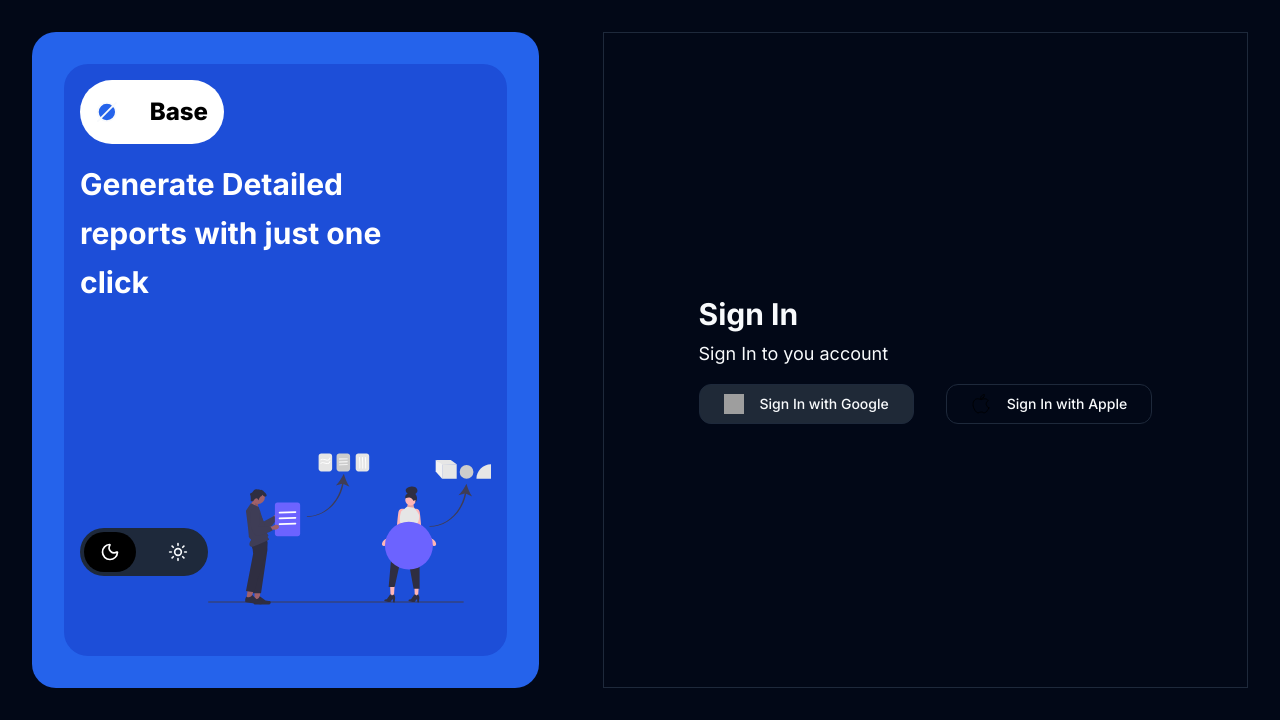
Repository: Hardyy00/openinapp_assignment
Page: /
The author's editor kept a copy of each file at every save. The page is drawn from the files as they stood at one save, then again after the next save.
The browser window is 1280 px wide. The pictures show the whole page.
Pictures or frames that could not be fetched are drawn as grey boxes. The project was rebuilt for these pictures with package versions that can differ from the ones it lists, and the page was loaded fresh each time. The framework's server and built-in components were replaced by stand-ins that run in the browser. Also part of the build but not shown: next.config.mjs.

Above is the page before, as saved 2024-08-23 16:39:23.

### app/layout.tsx
import type { Metadata } from "next";
import { Inter } from "next/font/google";
import "./globals.css";
import { ThemeProvider } from "@/components/theme-provider";
import { Switcher } from "./_components/switcher";

const inter = Inter({ subsets: ["latin"] });

export const metadata: Metadata = {
  title: "Create Next App",
  description: "Generated by create next app",
};

export default function RootLayout({
  children,
}: Readonly<{
  children: React.ReactNode;
}>) {
  return (
    <html lang="en">
      <body className={inter.className}>
        <ThemeProvider
          attribute="class"
          defaultTheme="system"
          storageKey="base"
        >
          <Switcher />
          {children}
        </ThemeProvider>
      </body>
    </html>
  );
}

### app/(auth)/layout.tsx
import { ThemeToggle } from "@/components/theme-toggle";
import { CircleSlash2 } from "lucide-react";
import Image from "next/image";
import { Intro } from "./_components/intro";
import { Navbar } from "./_components/navbar";

export default function Layout({ children }: { children: React.ReactNode }) {
  return (
    <div className="h-full w-full">
      <Navbar />
      <div className="w-full h-full flex flex-col lg:flex-row">
        <Intro />

        <div className="flex-[0.7]">{children}</div>
      </div>
    </div>
  );
}

### app/(auth)/page.tsx
import { Button } from "@/components/ui/button";
import Image from "next/image";

export default function Page() {
  return (
    <div className="h-full p-8">
      <div className="p-8 border h-full flex items-center justify-center">
        <div className="flex flex-col gap-y-4">
          <div className="space-y-2">
            <h1 className="text-foreground font-bold text-3xl">Sign In</h1>
            <p className="text-lg">Sign In to you account</p>
          </div>

          <div className="flex justify-between gap-x-8">
            <Button
              className="flex items-center py-2 px-6 border space-x-4 rounded-xl bg-gray-800"
              variant={"ghost"}
            >
              <div className="w-5 h-5 relative">
                <Image src={"/google.svg"} alt="svg" fill />
              </div>

              <div>
                <p>Sign In with Google</p>
              </div>
            </Button>
            <Button
              className="flex items-center py-2 px-6 border space-x-4 rounded-xl"
              variant={"ghost"}
            >
              <div className="w-5 h-5 relative">
                <Image src={"/apple.svg"} alt="svg" fill />
              </div>

              <div>
                <p>Sign In with Apple</p>
              </div>
            </Button>
          </div>
        </div>
      </div>
    </div>
  );
}

### app/globals.css
@tailwind base;
@tailwind components;
@tailwind utilities;

html,
body,
:root {
  height: 100%;
}

::-webkit-scrollbar {
  display: none;
}

@layer base {
  :root {
    --background: 0 0% 100%;
    --foreground: 222.2 84% 4.9%;
    --card: 0 0% 100%;
    --card-foreground: 222.2 84% 4.9%;
    --popover: 0 0% 100%;
    --popover-foreground: 222.2 84% 4.9%;
    --primary: 222.2 47.4% 11.2%;
    --primary-foreground: 210 40% 98%;
    --secondary: 210 40% 96.1%;
    --secondary-foreground: 222.2 47.4% 11.2%;
    --muted: 210 40% 96.1%;
    --muted-foreground: 215.4 16.3% 46.9%;
    --accent: 210 40% 96.1%;
    --accent-foreground: 222.2 47.4% 11.2%;
    --destructive: 0 84.2% 60.2%;
    --destructive-foreground: 210 40% 98%;
    --border: 214.3 31.8% 91.4%;
    --input: 214.3 31.8% 91.4%;
    --ring: 222.2 84% 4.9%;
    --radius: 0.5rem;
    --chart-1: 12 76% 61%;
    --chart-2: 173 58% 39%;
    --chart-3: 197 37% 24%;
    --chart-4: 43 74% 66%;
    --chart-5: 27 87% 67%;
  }

  .dark {
    --background: 222.2 84% 4.9%;
    --foreground: 210 40% 98%;
    --card: 222.2 84% 4.9%;
    --card-foreground: 210 40% 98%;
    --popover: 222.2 84% 4.9%;
    --popover-foreground: 210 40% 98%;
    --primary: 210 40% 98%;
    --primary-foreground: 222.2 47.4% 11.2%;
    --secondary: 217.2 32.6% 17.5%;
    --secondary-foreground: 210 40% 98%;
    --muted: 217.2 32.6% 17.5%;
    --muted-foreground: 215 20.2% 65.1%;
    --accent: 217.2 32.6% 17.5%;
    --accent-foreground: 210 40% 98%;
    --destructive: 0 62.8% 30.6%;
    --destructive-foreground: 210 40% 98%;
    --border: 217.2 32.6% 17.5%;
    --input: 217.2 32.6% 17.5%;
    --ring: 212.7 26.8% 83.9%;
    --chart-1: 220 70% 50%;
    --chart-2: 160 60% 45%;
    --chart-3: 30 80% 55%;
    --chart-4: 280 65% 60%;
    --chart-5: 340 75% 55%;
  }
}

@layer base {
  * {
    @apply border-border;
  }
  body {
    @apply bg-background text-foreground;
  }
}

### app/_components/switcher.tsx
"use client";

import { useTheme } from "next-themes";
import { useEffect } from "react";
import { useMediaQuery } from "usehooks-ts";

export const Switcher: React.FC = () => {
  const { setTheme } = useTheme();
  const matches = useMediaQuery("(max-width:1024px)");

  useEffect(() => {
    if (matches) {
      setTheme("light");
    } else {
      setTheme("dark");
    }
  }, [matches, setTheme]);
  return null;
};

### app/(auth)/_components/intro.tsx
import { ThemeToggle } from "@/components/theme-toggle";
import { CircleSlash2 } from "lucide-react";
import Image from "next/image";

export const Intro: React.FC = () => {
  return (
    <div className="flex-[0.5] p-8 hidden lg:block">
      <div className="p-8 bg-blue-600 h-full rounded-3xl">
        <div className="p-4 bg-blue-700 h-full rounded-3xl flex flex-col gap-y-4 justify-between">
          <div className="p-4 flex items-center bg-white rounded-full w-[9rem] space-x-8">
            <CircleSlash2 className="stroke-white-600 fill-blue-600 h-7 w-7" />
            <h1 className="text-black font-extrabold text-2xl ">Base</h1>
          </div>

          <div className="w-[80%]">
            <p className="text-3xl font-bold text-wrap leading-relaxed text-white">
              Generate Detailed reports with just one click
            </p>
          </div>

          <div className=" flex h-[24rem]">
            <div className="flex-[0.3] self-end pb-16">
              <ThemeToggle className="w-[8rem]" />
            </div>
            <div className="flex-1 h-[70%] self-end  relative">
              {/* <div className="h-[70%]"> */}
              {/* <div className=" relative h-[70%] "> */}
              <Image src={"/auth.svg"} fill alt="svg" />
              {/* </div> */}
              {/* </div> */}
            </div>
          </div>
        </div>
      </div>
    </div>
  );
};

### app/(auth)/_components/navbar.tsx
import { CircleSlash2 } from "lucide-react";

export const Navbar: React.FC = () => {
  return (
    <div className="lg:hidden sticky top-0 bg-blue-600 text-black p-4">
      <div className="flex">
        <CircleSlash2 className="fill-white stroke-blue-600 h-8 w-8" />
      </div>
    </div>
  );
};

### components/ui/button.tsx
import * as React from "react";
import { Slot } from "@radix-ui/react-slot";
import { cva, type VariantProps } from "class-variance-authority";

import { cn } from "@/lib/utils";

const buttonVariants = cva(
  "inline-flex items-center justify-center whitespace-nowrap rounded-md text-sm font-medium ring-offset-background transition-colors focus-visible:outline-none focus-visible:ring-2 focus-visible:ring-ring focus-visible:ring-offset-2 disabled:pointer-events-none disabled:opacity-50",
  {
    variants: {
      variant: {
        primary: "bg-blue-600 text-primary-foreground",
        default: "bg-primary text-primary-foreground hover:bg-primary/90",
        destructive:
          "bg-destructive text-destructive-foreground hover:bg-destructive/90",
        outline:
          "border border-input bg-background hover:bg-accent hover:text-accent-foreground",
        secondary:
          "bg-secondary text-secondary-foreground hover:bg-secondary/80",
        ghost: "hover:bg-accent hover:text-accent-foreground",
        link: "text-primary underline-offset-4 hover:underline",
      },
      size: {
        default: "h-10 px-4 py-2",
        sm: "h-9 rounded-md px-3",
        lg: "h-11 rounded-md px-8",
        icon: "h-10 w-10",
      },
    },
    defaultVariants: {
      variant: "default",
      size: "default",
    },
  }
);

export interface ButtonProps
  extends React.ButtonHTMLAttributes<HTMLButtonElement>,
    VariantProps<typeof buttonVariants> {
  asChild?: boolean;
}

const Button = React.forwardRef<HTMLButtonElement, ButtonProps>(
  ({ className, variant, size, asChild = false, ...props }, ref) => {
    const Comp = asChild ? Slot : "button";
    return (
      <Comp
        className={cn(buttonVariants({ variant, size, className }))}
        ref={ref}
        {...props}
      />
    );
  }
);
Button.displayName = "Button";

export { Button, buttonVariants };

### components/theme-toggle.tsx
"use client";

import { Moon, Sun } from "lucide-react";
import { useTheme } from "next-themes";
import { Button } from "./ui/button";
import { cn } from "@/lib/utils";
import { useState } from "react";

interface ToggleThemeProps {
  className?: string;
}

export const ThemeToggle: React.FC<ToggleThemeProps> = ({ className = "" }) => {
  const { setTheme } = useTheme();
  const [on, setOn] = useState<String>("moon");

  const handleClick = (type: string) => {
    if (type === "sun") {
      setOn("sun");
      setTheme("light");
    } else {
      setOn("moon");
      setTheme("dark");
    }
  };

  return (
    <div className={cn("w-[10rem] p-1 rounded-full bg-secondary", className)}>
      <div className="flex w-full items-center justify-between">
        <Button
          variant={"ghost"}
          className={cn(
            "p-4 rounded-[4rem] transition-all",
            on === "moon" && "bg-black text-white"
          )}
          onClick={() => handleClick("moon")}
        >
          <Moon className="h-5 w-5" />
        </Button>

        <Button
          variant={"ghost"}
          className={cn(
            "p-4 rounded-[4rem] hover:bg-white hover:text-black transition-all",
            on === "sun" && "bg-white text-black"
          )}
          onClick={() => handleClick("sun")}
        >
          <Sun className="h-5 w-5" />
        </Button>
      </div>
    </div>
  );
};

Loaded but not shown: components/theme-provider.tsx (common file); lib/utils.ts (common file); tailwind.config.ts (common file)

After the next save:
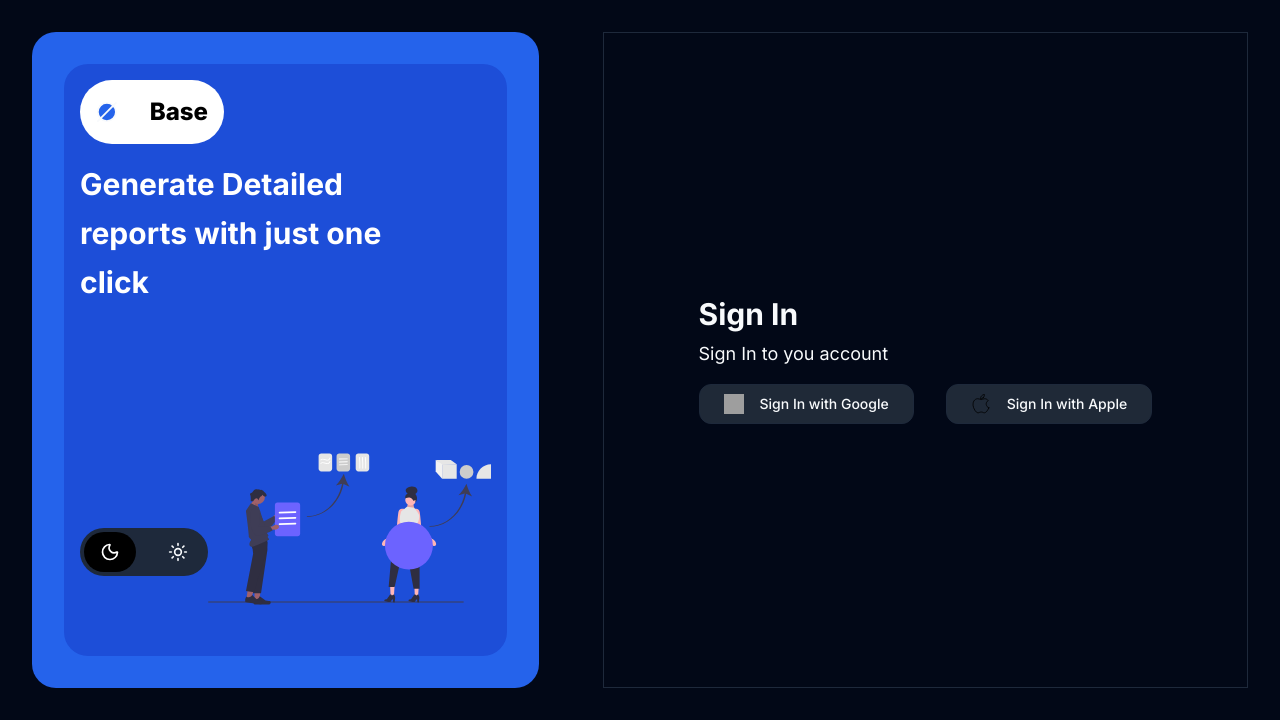
Saved 8 s later.
--- a/app/(auth)/page.tsx
+++ b/app/(auth)/page.tsx
@@ -25,7 +25,7 @@ export default function Page() {
               </div>
             </Button>
             <Button
-              className="flex items-center py-2 px-6 border space-x-4 rounded-xl"
+              className="flex items-center py-2 px-6 border space-x-4 rounded-xl bg-gray-800"
               variant={"ghost"}
             >
               <div className="w-5 h-5 relative">
